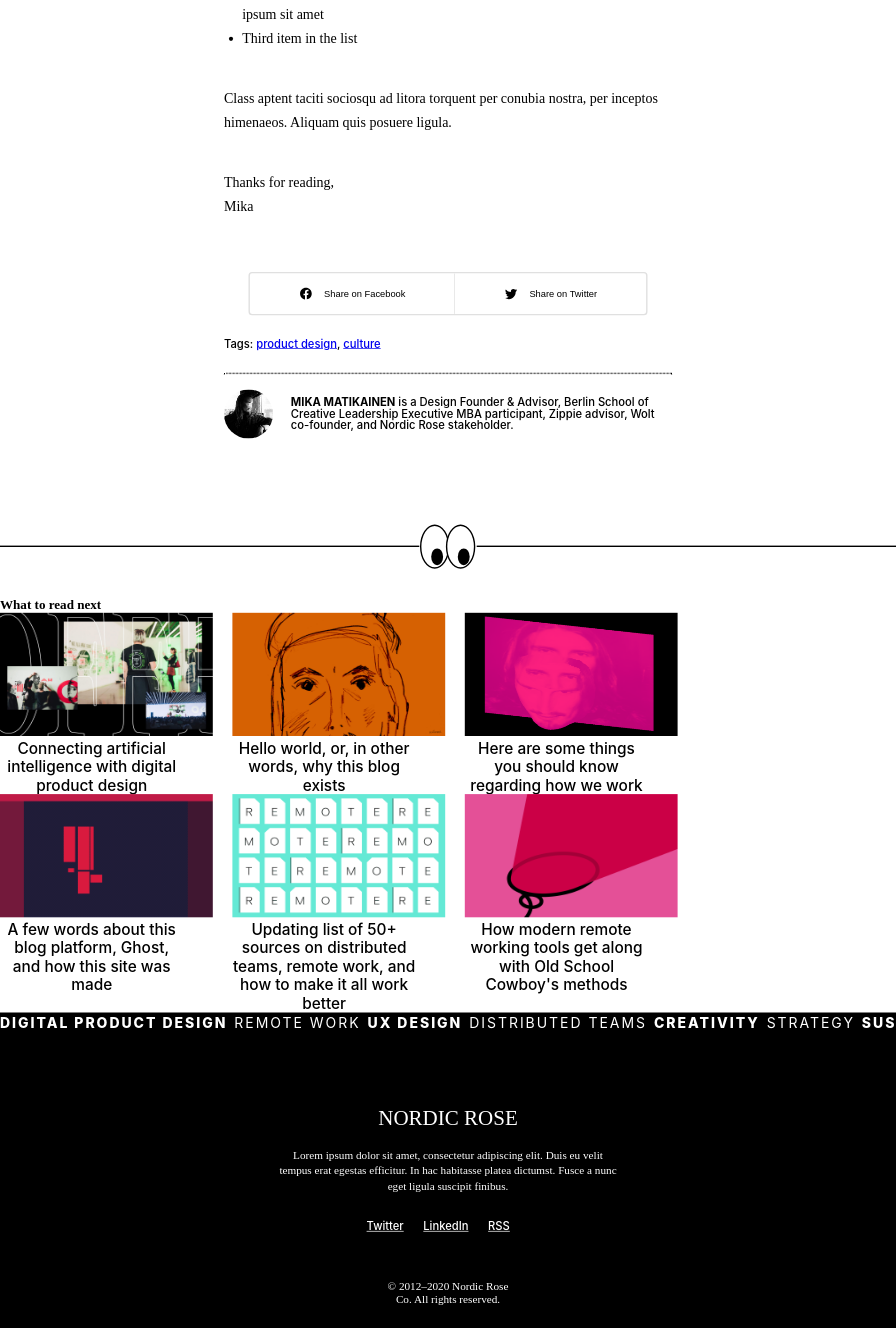
Repository: ThuTrang-jvb/JVB-BT1
Page: Page 3/article.html
The author's editor kept a copy of each file at every save. The page is drawn from the files as they stood at one save, then again after a run of saves.
The browser window is 1280 px wide. The pictures show the part of the page from y = 3188 to 5108 px (the page is 5086 px tall before and 5108 px after), at 70% of full size.

Above is the page before, as saved 2025-06-30 09:17:11.

### Page 3/article.html
<!DOCTYPE html>
<html lang="en">
<head>
    <meta charset="UTF-8">
    <meta name="viewport" content="width=device-width, initial-scale=1.0">
    <link rel="stylesheet" href="styleArticle.css">
    <link href="https://fonts.googleapis.com/css2?family=Playfair+Display&display=swap" rel="stylesheet">
    <title>Article</title>
</head>
<body>
    <div class="header">
        <h1>NORDIC ROSE</h1>
        <div class="nav">
            <p class="active">blog</p>
            <p>about</p>
            <p>links</p>
            <p>projects</p>
        </div>
        <div class="hamburger">
            <span></span>
            <span></span>
            <span></span>
        </div>
    </div>
    <hr>
    <div class="main">
        <div class="title">
            <h1>A few words about this blog platform, Ghost, and how this site was made</h1>
            <p>Why Ghost (& Figma) instead of Medium, <br> WordPress or other options?</p>
            <img src="image/image 2.png" alt="image 2">
            <hr>
        </div>
        <div class="status">
            <div class="status_img">
                <img src="image/anh_nen.png" alt="image 3">
                <div class="status_text">
                    <p class="bold_p">Mika MAtikainen</p>
                    <p>Apr 15, 2020 · 4 min read</p>
                </div>

            </div>

            <div class="share-buttons">
                <button class="share-btn" aria-label="Share on Facebook">
                    <svg width="18" height="18" viewBox="0 0 24 24" fill="#000" xmlns="http://www.w3.org/2000/svg">
                    <path d="M22 12.07C22 6.48 17.52 2 12 2S2 6.48 2 12.07c0 5 3.66 9.13 8.44 9.93v-7.03h-2.54v-2.9h2.54V9.41c0-2.5 1.49-3.89 3.77-3.89 1.09 0 2.24.2 2.24.2v2.46h-1.26c-1.24 0-1.63.77-1.63 1.56v1.87h2.78l-.44 2.9h-2.34v7.03C18.34 21.2 22 17.07 22 12.07z"/>
                    </svg>
                </button>
                <button class="share-btn" aria-label="Share on Twitter">
                    <svg width="18" height="18" viewBox="0 0 24 24" fill="#000" xmlns="http://www.w3.org/2000/svg">
                    <path d="M22.46 6c-.77.35-1.6.58-2.46.69a4.28 4.28 0 0 0 1.88-2.36 8.56 8.56 0 0 1-2.71 1.04 4.26 4.26 0 0 0-7.26 3.88 12.09 12.09 0 0 1-8.77-4.45 4.26 4.26 0 0 0 1.32 5.69 4.23 4.23 0 0 1-1.93-.53v.05a4.26 4.26 0 0 0 3.42 4.17 4.29 4.29 0 0 1-1.92.07 4.26 4.26 0 0 0 3.98 2.96A8.54 8.54 0 0 1 2 19.54 12.07 12.07 0 0 0 8.29 21.5c7.55 0 11.68-6.26 11.68-11.68 0-.18 0-.35-.01-.53A8.36 8.36 0 0 0 22.46 6z"/>
                    </svg>
                </button>
            </div>
        </div>
        <div class="caption">
            <pre>Lorem ipsum dolor sit amet, consectetur adipiscing elit. Duis eu velit
tempus erat egestas efficitur. In hac habitasse platea dictumst. Fusce a
nunc eget ligula suscipit finibus. Aenean pharetra quis lacus at viverra.

Class aptent taciti sociosqu ad litora torquent per conubia nostra, per
inceptos himenaeos. Aliquam quis posuere ligula. In eu dui molestie, molestie
lectus eu, semper lectus.</pre>
            <h2>Next on the pipeline</h2>
            <pre>Duis eu velit tempus erat egestas efficitur. In hac habitasse platea
dictumst. Fusce a nunc eget ligula suscipit finibus. Aenean pharetra
quis lacus at viverra. Class aptent taciti sociosqu ad litora torquent per
conubia nostra, per inceptos himenaeos.

Morbi efficitur auctor metus, id mollis lorem pellentesque id. Nullam
posuere maximus dui et fringilla. </pre>
            <figure>
                <img src="image/3cc5df540f70fc0ba5d96cdc94c3d237971a9b6e.jpg" alt="Rectangle 8">
                <figcaption>Image caption centered this way and I’ll make this a bit longer to indicate the amount of line-height. </figcaption>
            </figure>
            <pre>Aenean pharetra quis lacus at viverra. Class aptent taciti sociosqu ad
litora torquent per conubia nostra, per inceptos himenaeos. Aliquam
quis posuere ligula.

In eu dui molestie, molestie lectus eu, semper lectus. Proin at justo
lacinia, auctor nisl et, consequat ante. Donec sit amet nisi arcu. Morbi
efficitur auctor metus, id mollis lorem pellentesque id. Nullam
posuere maximus dui et fringilla. Nulla non volutpat leo.</pre>
            <p>A list looks like this:</p>
            <ul>
                <li>First item in the list</li>
                <li>Second item in the list lorem ipsum dolor sit amet nunc felis dolor lorem ipsum sit amet</li>
                <li>Third item in the list</li>
            </ul>
            <p>Class aptent taciti sociosqu ad litora torquent per conubia nostra, per inceptos himenaeos. Aliquam quis posuere ligula. </p>
            <p>Thanks for reading,<br>
            Mika</p>
        </div>
        <div class="links">
            <div class="share-buttons">
                <button class="share-btn" aria-label="Share on Facebook">
                    <svg width="18" height="18" viewBox="0 0 24 24" fill="#000" xmlns="http://www.w3.org/2000/svg">
                        <path d="M22 12.07C22 6.48 17.52 2 12 2S2 6.48 2 12.07c0 5 3.66 9.13 8.44 9.93v-7.03h-2.54v-2.9h2.54V9.41c0-2.5 1.49-3.89 3.77-3.89 1.09 0 2.24.2 2.24.2v2.46h-1.26c-1.24 0-1.63.77-1.63 1.56v1.87h2.78l-.44 2.9h-2.34v7.03C18.34 21.2 22 17.07 22 12.07z"/>
                        <span>Share on Facebook</span>
                    </svg>
                </button>
                <button class="share-btn" aria-label="Share on Twitter">
                    <svg width="18" height="18" viewBox="0 0 24 24" fill="#000" xmlns="http://www.w3.org/2000/svg">
                    <path d="M22.46 6c-.77.35-1.6.58-2.46.69a4.28 4.28 0 0 0 1.88-2.36 8.56 8.56 0 0 1-2.71 1.04 4.26 4.26 0 0 0-7.26 3.88 12.09 12.09 0 0 1-8.77-4.45 4.26 4.26 0 0 0 1.32 5.69 4.23 4.23 0 0 1-1.93-.53v.05a4.26 4.26 0 0 0 3.42 4.17 4.29 4.29 0 0 1-1.92.07 4.26 4.26 0 0 0 3.98 2.96A8.54 8.54 0 0 1 2 19.54 12.07 12.07 0 0 0 8.29 21.5c7.55 0 11.68-6.26 11.68-11.68 0-.18 0-.35-.01-.53A8.36 8.36 0 0 0 22.46 6z"/>
                    <span>Share on Twitter</span>
                    </svg>
                </button>
            </div>
        </div>
        <div class="tag">
            <p>Tags: <a href="#">product design</a>, <a href="#">culture</a></p>
            <hr>
            <div class="status_tag">
                <img src="image/anh_nen.png" alt="image 3">
                <div class="status_text_end">
                    <p> <b>MIKA MATIKAINEN</b> is a Design Founder & Advisor, Berlin School of Creative Leadership Executive MBA participant, Zippie advisor, Wolt co-founder, and Nordic Rose stakeholder.  </p>
                </div>

            </div>
        </div>
    </div>
    <div class="divider">
        <div class="path"></div>
        <div class="eyes">
            <div class="eye eye-left">
                <div class="pupil"></div>
            </div>
            <div class="eye eye-right">
                <div class="pupil"></div>
            </div>
        </div>
        <div class="path"></div>
    </div>
    <div>
        <h3>What to read next</h3>
        <div class="image">
            <div class="image_line">
                <img src="image/image1.png" alt="Rectangle 4">
                <p>Connecting artificial intelligence with digital product design</p>
            </div>
            <div class="image_line">
                <img src="image/image2.png" alt="Rectangle 11">
                <p>Hello world, or, in other words, why this blog exists</p>
            </div>
            <div class="image_line">
                <img src="image/image.png" alt="Rectangle 10">
                <p>Here are some things you should know regarding how we work </p>
            </div>
        </div>
        <div class="image_desktop">
            <div class="image_line">
                <img src="image/image13.png" alt="Rectangle 37">
                <p>A few words about this blog platform, Ghost, and how this site was made</p>
            </div>
            <div class="image_line">
                <img src="image/image12.png" alt="Rectangle 39">
                <p>Updating list of 50+ sources on distributed teams, remote work, and how to make it all work better</p>
            </div>
            <div class="image_line">
                <img src="image/image11.png" alt="Rectangle 38">
                <p>How modern remote working tools get along with Old School Cowboy's methods</p>
            </div>
        </div>
    </div>
    <div class="footer">
        <div class="line-wrap">
            <div class="line">
                <span class="bold">Digital product design</span>
                <span>Remote work</span>
                <span class="bold">UX design</span>
                <span>Distributed teams</span>
                <span class="bold">Creativity</span>
                <span>Strategy</span>
                <span class="bold">Suspense</span>
                <span>Growth</span>
            </div>
        </div>
        <p class="logo">NORDIC ROSE</p>
        <p class="para">Lorem ipsum dolor sit amet, consectetur adipiscing elit. Duis eu velit tempus erat egestas efficitur. In hac habitasse platea dictumst. Fusce a nunc eget ligula suscipit finibus. </p>
        <div class="info">
            <p>Twitter</p>
            <p>LinkedIn</p>
            <p>RSS</p>
        </div>
        <p class="year">© 2012–2020 Nordic Rose Co. All rights reserved. </p>
    </div>
</body>
</html>

### Page 3/styleArticle.css
 * {
    margin: 0;
    padding: 0;
    box-sizing: border-box;
 }
.header {
    width: 100%;
    max-width: 1440px;
    height: auto;
    box-sizing: border-box;
    justify-content: space-between;
    align-items: center;
    display: flex;
    gap: 476.59px;
    padding: 52.54px 61px 40px 63.58px;
    height: 134px;
}
.header h1 {
    font-weight: 400;
    font-size: 30px;
}
.hamburger {
  display: none;
  flex-direction: column;
  gap: 5px;
  cursor: pointer;
}

.hamburger span {
  width: 25px;
  height: 3px;
  background-color: black;
  display: block;
  border-radius: 2px;
}
.nav {
    display: flex;
    justify-content: center;
    gap: 34px;
}
.nav p {
    position: relative;
    font-family: New York Small;
    font-weight: 500;
    font-size: 20px;
    line-height: 170%;
    letter-spacing: 2.8px;
    text-align: center;
    text-transform: uppercase;
    margin: 0;
    text-decoration: none;

}

.nav p.active::after {
    content: "";
    position: absolute;
    bottom: -43px;
    left: 50%;
    transform: translateX(-50%);
    width: 50px;
    height: 2px;
    background-color: #000;
}

hr {
  width: 100vw;
  border: none;
  border-top: 1px solid #ccc;
  margin: 0;
}
.title img {
    width: 100vw;
    height: auto;
    display: block;
    padding-bottom: 44px;
    margin: 0 auto;
}
.title h1 {
    font-family: New York Extra Large;
    font-weight: 700;
    font-size: 54px;
    line-height: 100%;
    letter-spacing: 0%;
    text-align: center;
    margin: 0 auto;
    max-width: 858px;
    padding-top: 52px;
    padding-bottom: 32px;
}
.title p {
    font-family: SF Mono;
    font-weight: 400;
    font-size: 20px;
    line-height: 170%;
    letter-spacing: 0%;
    text-align: center;
    max-width: 592px;
    margin: 0 auto;
    padding-bottom: 52px;

}
.title hr {
    border: 2px solid #000000;
    width: 640px;
    display: block;
    margin: 0 auto;
}
.status_img img {
    width: 56px;
    height: 56px;
    object-fit: cover;
    border-radius: 50%;
}
.share-buttons {
    display: flex;
    border: 2px solid #e0e0e0;
    border-radius: 5px;
    overflow: hidden;
    width: fit-content;
    background-color: #fff;
    margin-left: 273px;
    margin-top: 1px;
}
.share-btn {
    border: none;
    padding: 12.04px 25px;
    background: transparent;
    cursor: pointer;
    display: flex;
    align-items: center;
    justify-content: center;
    outline: none;
    gap: 16px;
}

.share-btn + .share-btn {
    border-left: 1px solid #e0e0e0;
}

.share-btn svg {
    width: 20px;
    height: 20px;
}
.status {
    display: flex;
    justify-content: center;
    align-items: center;
}
.status_img {
    display: flex;
    align-items: center;
    gap: 5px;
    padding-top: 24px;
    padding-bottom: 53px;
}
.bold_p {
    max-width: 191px;
    font-family: SF Pro Text;
    font-weight: 700;
    font-size: 16px;
    line-height: 100%;
    letter-spacing: 5%;
    text-transform: uppercase;
}
.status_text p {
    font-family: SF Pro Text;
    font-weight: 400;
    font-size: 16px;
    line-height: 100%;
    letter-spacing: 0%;
}
.status_text {
    padding-top: 5px;
}
.caption pre{
    text-align: left;
    margin: 0 auto;
    max-width: 640px;
    font-family: 'SF Pro Text', 'New York Medium', serif;
    font-weight: 400;
    font-size: 20px;
    line-height: 170%;
    letter-spacing: 0%;

}

.caption h2 {
    font-family: SF Pro Display;
    font-weight: 700;
    font-size: 32px;
    line-height: 160%;
    letter-spacing: 0%;
    padding-top: 57px;
    padding-bottom: 24px;
    text-align: left;
    max-width: 640px;
    margin: 0 auto;
}
.caption img {
    width: 854px;
    height: 570px;
    display: block;
    margin: 0 auto;
    padding-top: 52px;
    padding-bottom: 12px;
}
figcaption {
    max-width: 481px;
    text-align: center;
    margin: 0 auto;
    padding-bottom: 52px;
}
.caption p {
    font-family: New York Medium;
    font-weight: 400;
    font-size: 20px;
    line-height: 170%;
    letter-spacing: 0%;
    text-align: left;
    margin: 0 auto;
    max-width: 640px;
    padding-top: 52px;
}
li {
    font-family: New York Medium;
    font-weight: 400;
    font-size: 20px;
    line-height: 170%;
    letter-spacing: 0%;
    text-align: left;
    margin: 0 auto;
    max-width: 588px;
}
ul {
    padding-top: 19px;
}
.links {
    display: block;
    margin: 0 auto;
    padding-top: 77px;

}
.links .share-buttons{
    margin: 0 auto;
}
.links .share-btn {
    padding: 19px 70px;
}
.tag p {
    max-width: 640px;
    text-align: left;
    margin: 0 auto;
    padding-top: 32px;
    padding-bottom: 34px;
    font-family: SF Pro Text;
    font-weight: 500;
    font-size: 16px;
    line-height: 100%;
    letter-spacing: 3%;

}
.tag hr {
    border: 1px dotted #000000;
    width: 640px;
    display: block;
    margin: 0 auto;
}
.status_text_end {
    display: flex;
    max-width: 543px;
    text-align: left;
    margin: 0 auto;
    font-family: SF Pro Text;
    font-weight: 400;
    font-size: 16px;
    line-height: 160%;
    letter-spacing: 5%;

}
.status_tag img {
    width: 70px;
    height: 70px;
    object-fit: cover;
    border-radius: 50%;
}
.status_tag {
    display: flex;
    align-items: center;
    gap: 24px;
    max-width: 640px;
    margin: 0 auto;
}



.footer {
    background-color: #000000;
    color: white;
    text-align: center;
    padding-bottom:32px;
}
.bold {
    font-weight: 800;
}
.line {
    display: flex;
    flex-wrap: nowrap;
    overflow-x: auto;
    max-width: 100%;
    letter-spacing: 2.8px;
    white-space: nowrap;
    padding-bottom: 105.12px;
    scrollbar-width: none;
    gap: 10px;
}
.line::-webkit-scrollbar {
    display: none;
}
.line-wrapper {
  width: 100vw;
  overflow-x: auto;
}
.line span {
    font-family: SF Pro Text;
      font-size: 20px;
      color: #fff;
      text-transform: uppercase;
      display: inline-flex;
      flex-wrap: nowrap;
      justify-content: center;
      flex-shrink: 0;
      line-height: 28px;
}
    .divider {
      display: flex;
      align-items: center;
      justify-content: center;
      margin: 100px 0 40.71px;
    }

    .path {
      flex: 1;
      height: 2.5px;
      background-color: black;
    }

    .eyes {
      display: flex;
      width: 82px;
      height: 64px;
      align-items: center;
      position: relative;
    }

    .eye {
      width: 42.29px;
      height: 62.86px;
      background: white;
      border: 2.5px solid black;
      border-radius: 50%;
      position: absolute;
    }

    .eye-left {
      left: 0.5px;
    }

    .eye-right {
      left: 38px;
    }

    .pupil {
      width: 17.14px;
      height: 24.29px;
      background: black;
      border-radius: 50%;
      position: absolute;
      top: 55%;
      left: 38%;
    }
.image, .image_desktop {
    display: flex;
    gap: 28px;
}
.image_line img {
    width: 304px;
    height: 176px;
}
.image_line p {
    font-family: SF Pro Display;
    font-weight: 500;
    font-size: 22px;
    line-height: 120%;
    letter-spacing: 0%;
    text-align: center;
    max-width: 262px;
}
h3 {

}










.footer h1 {
    padding-bottom: 25.58px;
}
.para {
    font-family: New York Small;
    font-weight: 400;
    font-size: 16px;
    line-height: 140%;
    text-align: center;
    max-width: 488px;
    padding-bottom: 32px;
    margin: 0 auto;
}
.info {
    display: flex;
    justify-content: center;
    max-width: 209px;
    padding-bottom: 64px;
    margin: 0 auto;
}

.info p {
    margin: 0;
    font-family: SF Pro Text;
    font-weight: 500;
    font-size: 16px;
    line-height: 170%;
    text-decoration: underline;
    padding-right: 28px;
}
.logo {
    margin: 0;
    font-weight: 400;
    font-size: 30px;
    padding-bottom: 25.58px;
}
.footer .year {
    max-width: 178px;
    text-align: center;
    margin: 0 auto;
}
@media screen and (max-width: 767px) {
    .header {
        padding: 24px 20px;
        gap: 0;
    }

    .nav {
        display: none;
    }

    .hamburger {
        display: flex;
    }
    hr {
        width: 100%;
    }
    .main {
        padding: 52px 0 0 0;
    }

    .title img {
        width: 100%;
        height: auto;
        display: block;
        margin: 0;
    }

    .title h1 {
        font-size: 36px;
        max-width: 100%;
        text-align: center;
        padding-bottom: 24px;
        margin: 0 auto;
    }

    .title p {
        font-size: 16px;
        max-width: 90%;
        text-align: center;
        padding-bottom: 36px;
    }

    .title hr {
        width: 90%;

    }




    .line {
        margin: 0;
        padding-bottom: 32px;
        justify-content: flex-start;
        max-width: 100vw;
        overflow-x: auto;
    }

    .line span {
        font-size: 14px;
        line-height: 24px;
    }

    .logo {
        font-size: 20px;
        padding-bottom: 16px;
    }

    .para {
        font-size: 14px;
        padding-bottom: 32px;
        margin: 0 auto;
        max-width: 90%;
    }

    .info {
        justify-content: center;
        gap: 16px;
        font-size: 14px;
        padding-bottom: 64px;
        max-width: 100%;
    }

    .footer .year {
        font-size: 12px;
        padding: 0 16px;
    }
}

After the next 3 saves:
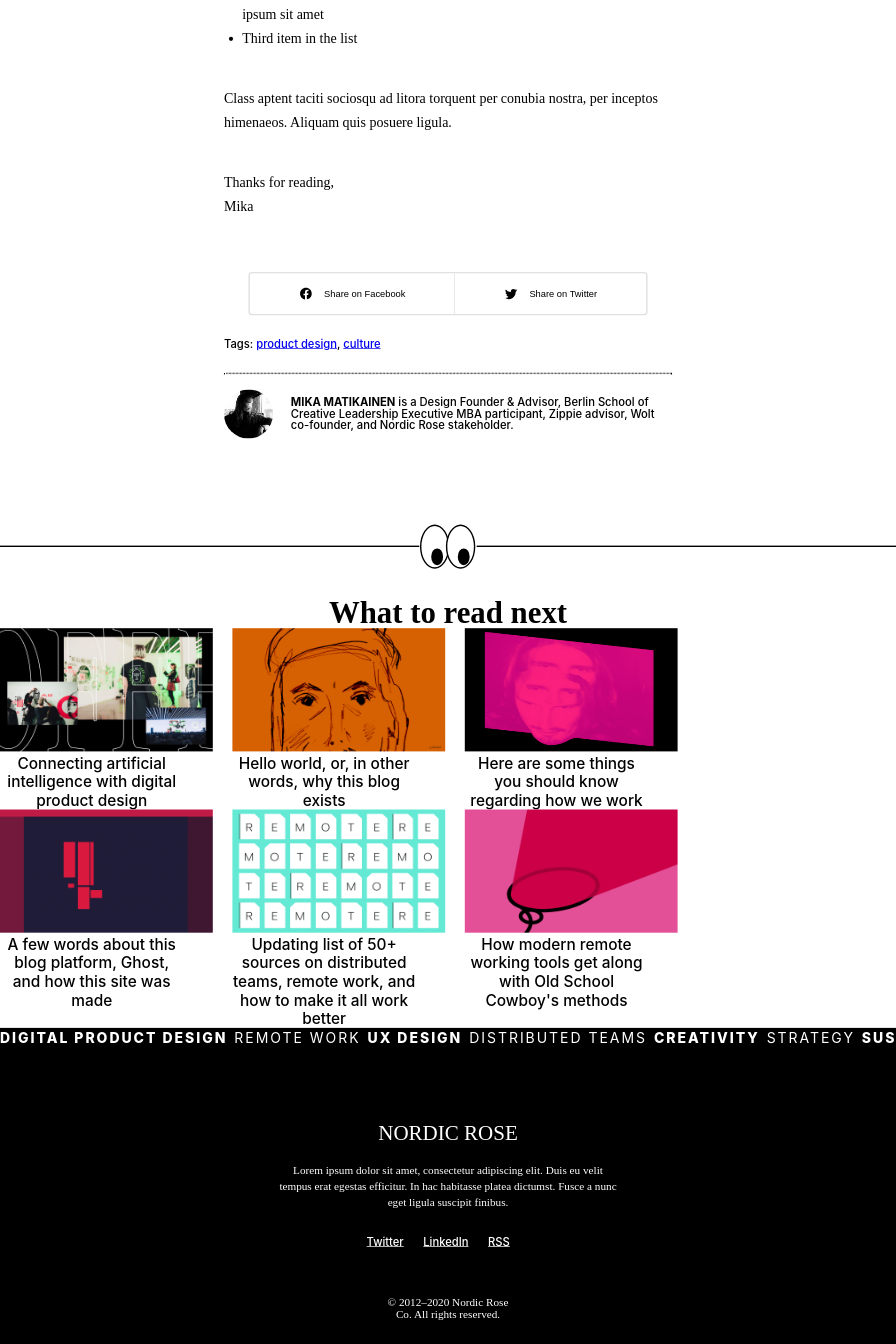
The 3 saves are shown as one change because they came seconds apart.
The last was saved 14 s later.
--- a/Page 3/styleArticle.css
+++ b/Page 3/styleArticle.css
@@ -397,7 +397,12 @@ ul {
     max-width: 262px;
 }
 h3 {
-
+    font-family: New York Extra Large;
+    font-weight: 700;
+    font-size: 44px;
+    line-height: 100%;
+    letter-spacing: 0%;
+    text-align: center;
 }
 
 
